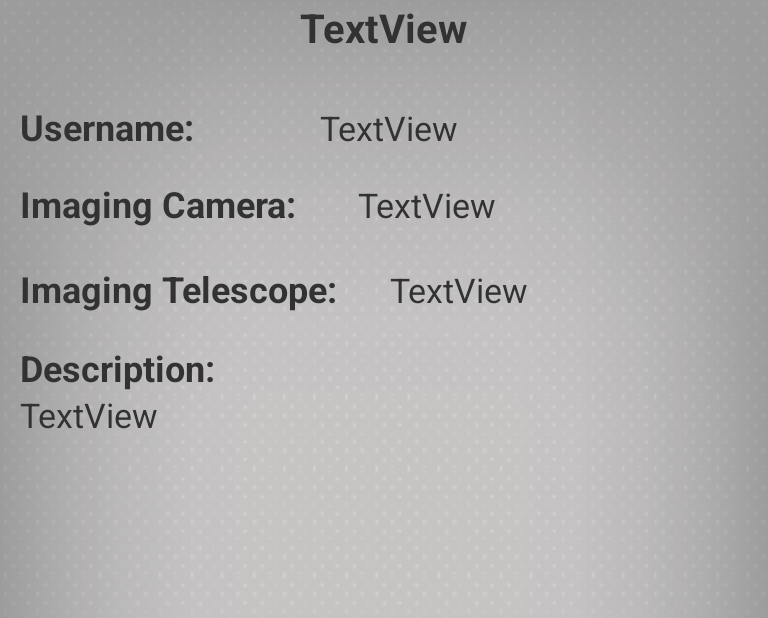
Repository: arianaantonio/APD2
Layout: AstroPix/res/layout/activity_detail.xml
These files come from the project's save history. The layout is drawn as it stood at one moment and after the next save; the edit follows.
The pictures show rows 0 to 618 of an output 1280 px tall.
Pictures or frames that could not be fetched are drawn as grey boxes. It is drawn on a 768 x 1280 px phone screen (xhdpi) without system bars, with theme AppTheme; the app's code is not run.

Above is the layout before, as saved 2014-09-10 08:20:51.

After the next save:
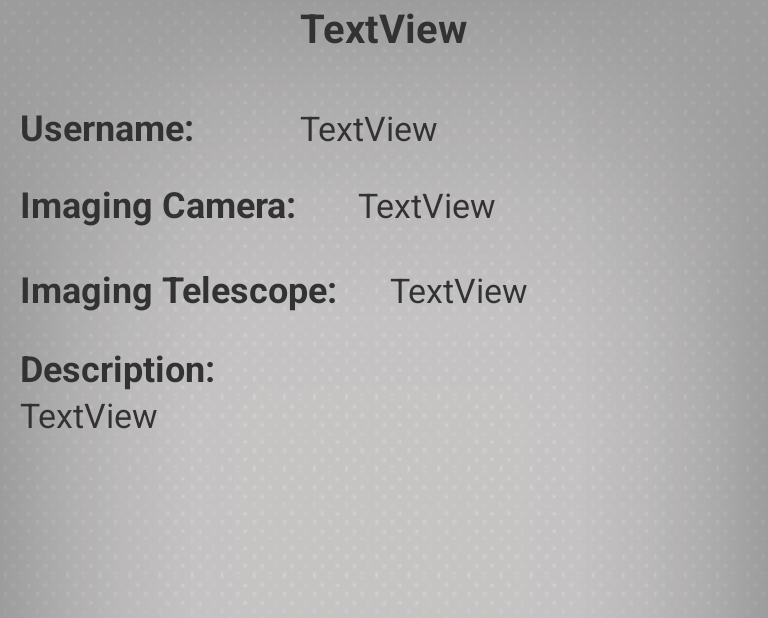
Saved 29 s later.
--- a/AstroPix/res/layout/activity_detail.xml
+++ b/AstroPix/res/layout/activity_detail.xml
@@ -19,7 +19,7 @@
         android:id="@+id/textView3"
         android:layout_width="wrap_content"
         android:layout_height="wrap_content"
-        android:layout_marginLeft="10dp"
+        android:layout_marginRight="10dp"
         android:layout_alignBaseline="@+id/textView2"
         android:layout_alignBottom="@+id/textView2"
         android:layout_alignLeft="@+id/textView1"
